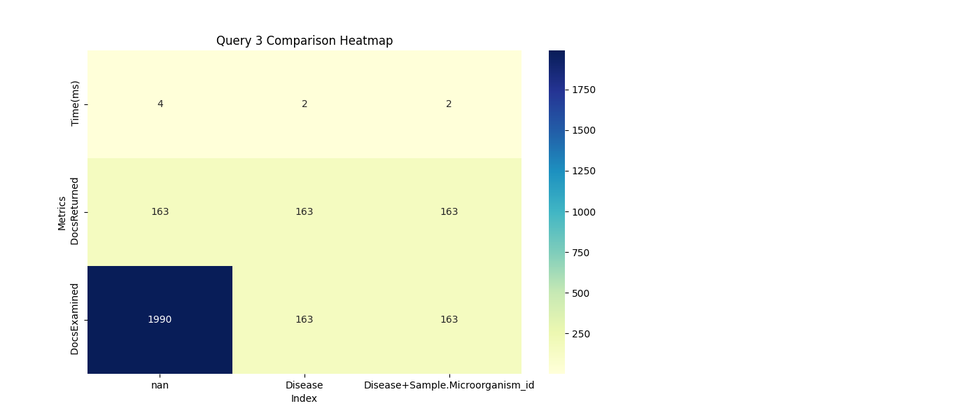
Repository: MarioPasc/Base-de-Datos-Microbiomas
Script's output: python src/mongodb_performance_analysis.py
The author's editor kept a copy of each file at every save. The script's output is drawn from the files as they stood at one save, then again after the next save.
The pictures show rows 0 to 1760 of an output 600 px tall, at 70% of full size.
Each picture stacks the figures in order, with grey between them; figures that are only written to a file come last. Figures wider than 1,400 px are first shrunk to that width. Random numbers start from a fixed seed.

Above is the script's output before, as saved 2024-06-08 11:46:46.

### src/mongodb_performance_analysis.py
import pandas as pd
import matplotlib.pyplot as plt
import seaborn as sns
import os
import numpy as np


def visualize_query_performance(input_file, output_dir):
    # Load the encoded CSV file
    df = pd.read_csv(input_file)

    # Convert the dataframe from wide to long format for easier plotting
    df_long = pd.melt(df, id_vars=['Query'], var_name='Index_Combination', value_name='Execution_Time')

    # Create output directory if it doesn't exist
    if not os.path.exists(output_dir):
        os.makedirs(output_dir)

    # Set the style of the visualization
    sns.set(style="whitegrid")

    # Create a bar plot for each query showing the execution time for each index combination
    plt.figure(figsize=(15, 10))
    sns.barplot(x='Execution_Time', y='Index_Combination', hue='Query', data=df_long, palette='viridis')
    plt.title('Execution Time of Queries for Different Index Combinations')
    plt.xlabel('Execution Time (seconds)')
    plt.ylabel('Index Combination')
    plt.legend(title='Query', bbox_to_anchor=(1.05, 1), loc='upper left')
    plt.savefig(os.path.join(output_dir, 'barplot_execution_times.png'), bbox_inches='tight')
    plt.show()

    # Create a box plot for each query showing the distribution of execution times
    plt.figure(figsize=(15, 10))
    sns.boxplot(x='Execution_Time', y='Query', data=df_long, palette='viridis')
    plt.title('Distribution of Execution Times for Queries')
    plt.xlabel('Execution Time (seconds)')
    plt.ylabel('Query')
    plt.savefig(os.path.join(output_dir, 'boxplot_execution_times.png'), bbox_inches='tight')
    plt.show()

    # Create a heatmap to show the execution times for each query and index combination
    pivot_df = df_long.pivot(index='Query', columns='Index_Combination', values='Execution_Time')
    plt.figure(figsize=(15, 10))
    sns.heatmap(pivot_df, cmap='viridis', linewidths=.5, cbar_kws={'label': 'Execution Time (seconds)'})
    plt.title('Heatmap of Execution Times for Queries and Index Combinations')
    plt.xlabel('Index Combination')
    plt.ylabel('Query')
    plt.savefig(os.path.join(output_dir, 'heatmap_execution_times.png'), bbox_inches='tight')
    plt.show()


def encode_and_save_csv(input_file, output_file):
    # Load the CSV file
    df = pd.read_csv(input_file)

    # Map original query names to codes
    query_codes = {
        "Patient with the most diverse microbiome": "Q1",
        "Given a microorganism, identify the samples in which it is present and its concentration": "Q2",
        "Patients who suffer from a certain disease and samples": "Q3",
        "Number of samples per type of sample": "Q4",
        "Number of times a microorganism appears in the same sample type": "Q5",
        "Patients who suffer from and have been diagnosed with a disease and have that disease microorganism": "Q6",
        "Find species of microorganism with different sequence registered": "Q7"
    }

    # Map index combinations to codes
    index_codes = {
        "No Indices": "N0",
        "(('samples.sample_id', 1),)": "I1",
        "(('samples.microorganisms.microorganism_id', 1),)": "I2",
        "(('disease', 1),)": "I3",
        "(('samples.sample_type', 1),)": "I4",
        "(('microorganism_id', 1),)": "I5",
        "(('samples.sample_id', 1), ('samples.microorganisms.microorganism_id', 1))": "I1+I2",
        "(('samples.sample_id', 1), ('disease', 1))": "I1+I3",
        "(('samples.sample_id', 1), ('samples.sample_type', 1))": "I1+I4",
        "(('samples.sample_id', 1), ('microorganism_id', 1))": "I1+I5",
        "(('samples.microorganisms.microorganism_id', 1), ('disease', 1))": "I2+I3",
        "(('samples.microorganisms.microorganism_id', 1), ('samples.sample_type', 1))": "I2+I4",
        "(('samples.microorganisms.microorganism_id', 1), ('microorganism_id', 1))": "I2+I5",
        "(('disease', 1), ('samples.sample_type', 1))": "I3+I4",
        "(('disease', 1), ('microorganism_id', 1))": "I3+I5",
        "(('samples.sample_type', 1), ('microorganism_id', 1))": "I4+I5",
        "(('samples.sample_id', 1), ('samples.microorganisms.microorganism_id', 1), ('disease', 1))": "I1+I2+I3",
        "(('samples.sample_id', 1), ('samples.microorganisms.microorganism_id', 1), ('samples.sample_type', 1))": "I1+I2+I4",
        "(('samples.sample_id', 1), ('samples.microorganisms.microorganism_id', 1), ('microorganism_id', 1))": "I1+I2+I5",
        "(('samples.microorganisms.microorganism_id', 1), ('disease', 1), ('samples.sample_type', 1))": "I2+I3+I4",
        "(('samples.microorganisms.microorganism_id', 1), ('disease', 1), ('microorganism_id', 1))": "I2+I3+I5",
        "(('disease', 1), ('samples.sample_type', 1), ('microorganism_id', 1))": "I3+I4+I5",
        "(('samples.sample_id', 1), ('samples.microorganisms.microorganism_id', 1), ('disease', 1), ('samples.sample_type', 1))": "I1+I2+I3+I4",
        "(('samples.sample_id', 1), ('samples.microorganisms.microorganism_id', 1), ('disease', 1), ('microorganism_id', 1))": "I1+I2+I3+I5",
        "(('samples.sample_id', 1), ('samples.microorganisms.microorganism_id', 1), ('samples.sample_type', 1), ('microorganism_id', 1))": "I1+I2+I4+I5",
        "(('samples.microorganisms.microorganism_id', 1), ('disease', 1), ('samples.sample_type', 1), ('microorganism_id', 1))": "I2+I3+I4+I5",
        "(('samples.sample_id', 1), ('disease', 1), ('samples.sample_type', 1))": "I1+I3+I4",
        "(('samples.sample_id', 1), ('disease', 1), ('microorganism_id', 1))": "I1+I3+I5",
        "(('samples.sample_id', 1), ('samples.sample_type', 1), ('microorganism_id', 1))": "I1+I4+I5",
        "(('samples.microorganisms.microorganism_id', 1), ('samples.sample_type', 1), ('microorganism_id', 1))": "I2+I4+I5",
        "(('samples.sample_id', 1), ('disease', 1), ('samples.sample_type', 1), ('microorganism_id', 1))": "I1+I3+I4+I5",
        "(('samples.sample_id', 1), ('disease', 1), ('samples.sample_type', 1), ('microorganism_id', 1))": "I1+I3+I4+I5",
        "(('samples.sample_id', 1), ('samples.microorganisms.microorganism_id', 1), ('disease', 1), ('samples.sample_type', 1), ('microorganism_id', 1))": "I1+I2+I3+I4+I5"
    }

    # Rename queries
    df['Unnamed: 0'] = df['Unnamed: 0'].map(query_codes)

    # Rename columns
    df = df.rename(columns=index_codes)

    # Rename the first column to 'Query'
    df = df.rename(columns={'Unnamed: 0': 'Query'})

    # Save the renamed dataframe to a new CSV file
    df.to_csv(output_file, index=False)
    print(f"Encoded CSV saved to {output_file}")

def save_min_times(input_file: str, output_file: str):
    # Load the data
    data = pd.read_csv(input_file)

    # Initialize the result list
    results = []

    # Iterate over each row in the dataframe
    for index, row in data.iterrows():
        query = row['Query']
        # Extract all time columns except 'N0'
        times = row.drop(labels=['Query', 'N0']).values
        # Find the minimum non-zero time
        min_time = min(time for time in times if time > 0)
        # Find the corresponding indices
        indices = row.drop(labels=['Query', 'N0']).index[row.drop(labels=['Query', 'N0']).values == min_time].tolist()

        # Append the result
        results.append({
            'Query': query,
            'Min_time': min_time,
            'Indexes': ','.join(indices)
        })

    # Create a DataFrame from the results
    result_df = pd.DataFrame(results)

    # Save the results to the output CSV file
    result_df.to_csv(output_file, index=False)

def generate_heatmap(csv_path):

    data = pd.read_csv(csv_path)
    # Initialize a list of indices
    indices = ['I1', 'I2', 'I3', 'I4', 'I5']

    # Extract the relevant columns
    queries = data['Query'].unique()
    binary_matrix = pd.DataFrame(0, index=indices, columns=queries)

    # Fill the binary matrix
    for idx, row in data.iterrows():
        query = row['Query']
        used_indices = row['Indexes'].split('+')
        for index in used_indices:
            if index in indices:
                binary_matrix.at[index, query] = 1

    # Add the "Total" column which is the sum of each row
    binary_matrix['Total'] = binary_matrix.sum(axis=1)

    # Plotting the heatmap
    plt.figure(figsize=(12, 8))
    sns.heatmap(binary_matrix, annot=True, cmap='YlGnBu', cbar=True)
    plt.title('Optimization Query Heatmap')
    plt.xlabel('Queries')
    plt.ylabel('Indices')
    plt.savefig("./query_optimization/mongodb/query_optimization_mongodb_heatmap.png")
    plt.show()


def comparison_heatmap(comparison_file_path):
    comparison_data = pd.read_csv(comparison_file_path)

    # Prepare the data for the heatmap
    heatmap_data = comparison_data.set_index('Index')

    # Plotting the heatmap
    plt.figure(figsize=(10, 6))
    sns.heatmap(heatmap_data.T, annot=True, fmt='g', cmap='YlGnBu', cbar=True)
    plt.title('Query 3 Comparison Heatmap')
    plt.xlabel('Index')
    plt.ylabel('Metrics')
    plt.savefig("./query_optimization\mongodb\heatmap_query3_comparison.png")
    plt.show()

def generate_clustered_heatmap(csv_path, output_path):
    # Load the CSV file
    data = pd.read_csv(csv_path)

    # Convert the 'times' column from string to list of floats
    data['times'] = data['times'].apply(lambda x: ast.literal_eval(x) if isinstance(x, str) else x)

    # Filter out rows with any zero times and remove the last 3 queries from the 'times' data
    filtered_data = data[data['times'].apply(lambda x: all(value != 0.0 for value in x))]
    filtered_data['times'] = filtered_data['times'].apply(lambda x: x[:7])

    # Separate data by engine type
    engines = filtered_data['engine'].unique()
    clustered_heatmaps = {}

    for engine in engines:
        engine_data = filtered_data[filtered_data['engine'] == engine]
        times_data = np.array(engine_data['times'].tolist())

        # Create and store the clustered heatmap for the current engine
        cluster_grid = sns.clustermap(times_data, cmap="viridis", figsize=(10, 8), yticklabels=False)
        cluster_grid.ax_heatmap.set_xticklabels(range(1, 8))
        cluster_grid.fig.suptitle(f'Clustered Heatmap of Execution Times for {engine}', y=1.02)
        clustered_heatmaps[engine] = cluster_grid

        # Save the figure
        output_file = os.path.join(output_path, f"clustered_heatmap_{engine}.png")
        cluster_grid.fig.savefig(output_file)

    # Show the plots
    for engine, grid in clustered_heatmaps.items():
        plt.figure(grid.fig.number)
        plt.show()

def main():
    input_file = './query_optimization/mongodb/query_performance.csv'
    output_file = './query_optimization/mongodb/encoded_performance_mongodb.csv'
    #encode_and_save_csv(input_file, output_file)
    #visualize_query_performance(output_file, "./query_optimization/")
    #save_min_times(input_file=output_file, output_file="./query_optimization/mongodb/best_times_mongodb.csv")
    #generate_heatmap("./query_optimization/mongodb/best_times_mongodb.csv")
    comparison_heatmap(".\query_optimization\mongodb\query3_comparison.csv")

if __name__ == "__main__":
    main()

### query_optimization/mongodb/query3_comparison.csv
Index, Time(ms), DocsReturned, DocsExamined
None, 4, 163, 1990
Disease, 2, 163, 163
Disease+Sample.Microorganism_id, 2, 163, 163

### query_optimization/mongodb/query_performance.csv
,No Indices,"(('samples.sample_id', 1),)","(('samples.microorganisms.microorganism_id', 1),)","(('disease', 1),)","(('samples.sample_type', 1),)","(('microorganism_id', 1),)","(('samples.sample_id', 1), ('samples.microorganisms.microorganism_id', 1))","(('samples.sample_id', 1), ('disease', 1))","(('samples.sample_id', 1), ('samples.sample_type', 1))","(('samples.sample_id', 1), ('microorganism_id', 1))","(('samples.microorganisms.microorganism_id', 1), ('disease', 1))","(('samples.microorganisms.microorganism_id', 1), ('samples.sample_type', 1))","(('samples.microorganisms.microorganism_id', 1), ('microorganism_id', 1))","(('disease', 1), ('samples.sample_type', 1))","(('disease', 1), ('microorganism_id', 1))","(('samples.sample_type', 1), ('microorganism_id', 1))","(('samples.sample_id', 1), ('samples.microorganisms.microorganism_id', 1), ('disease', 1))","(('samples.sample_id', 1), ('samples.microorganisms.microorganism_id', 1), ('samples.sample_type', 1))","(('samples.sample_id', 1), ('samples.microorganisms.microorganism_id', 1), ('microorganism_id', 1))","(('samples.sample_id', 1), ('disease', 1), ('samples.sample_type', 1))","(('samples.sample_id', 1), ('disease', 1), ('microorganism_id', 1))","(('samples.sample_id', 1), ('samples.sample_type', 1), ('microorganism_id', 1))","(('samples.microorganisms.microorganism_id', 1), ('disease', 1), ('samples.sample_type', 1))","(('samples.microorganisms.microorganism_id', 1), ('disease', 1), ('microorganism_id', 1))","(('samples.microorganisms.microorganism_id', 1), ('samples.sample_type', 1), ('microorganism_id', 1))","(('disease', 1), ('samples.sample_type', 1), ('microorganism_id', 1))","(('samples.sample_id', 1), ('samples.microorganisms.microorganism_id', 1), ('disease', 1), ('samples.sample_type', 1))","(('samples.sample_id', 1), ('samples.microorganisms.microorganism_id', 1), ('disease', 1), ('microorganism_id', 1))","(('samples.sample_id', 1), ('samples.microorganisms.microorganism_id', 1), ('samples.sample_type', 1), ('microorganism_id', 1))","(('samples.sample_id', 1), ('disease', 1), ('samples.sample_type', 1), ('microorganism_id', 1))","(('samples.microorganisms.microorganism_id', 1), ('disease', 1), ('samples.sample_type', 1), ('microorganism_id', 1))","(('samples.sample_id', 1), ('samples.microorganisms.microorganism_id', 1), ('disease', 1), ('samples.sample_type', 1), ('microorganism_id', 1))"
Patient with the most diverse microbiome,0.0699980894724528,0.0634710947672526,0.06557139555613199,0.07299872239430745,0.06511905988057455,0.07384952704111734,0.062091493606567384,0.06430975596110027,0.06339987119038899,0.06082582473754883,0.059453026453653975,0.06034000714619955,0.06045674482981364,0.05870947043100993,0.05873602231343587,0.059466036160786946,0.062038969993591306,0.06127623716990153,0.060141706466674806,0.06223624547322591,0.06157677173614502,0.06599423090616861,0.06359806855519613,0.062446308135986325,0.06173264185587565,0.06177826722462972,0.06016276677449544,0.0636307954788208,0.06311511993408203,0.06862264474232992,0.06349926789601644,0.0699610710144043
"Given a microorganism, identify the samples in which it is present and its concentration",0.10336055755615234,0.10634592374165854,0.10092682043711344,0.10298193295796712,0.09894738992055258,0.10031773249308268,0.10008486906687418,0.1068496306737264,0.10321159362792968,0.10624713102976481,0.10595313707987468,0.10560699303944905,0.10100601514180502,0.11076237360636393,0.10603166421254476,0.105704927444458,0.10618650913238525,0.10882436434427897,0.10510452588399251,0.1038838783899943,0.10649058024088541,0.10792871316274007,0.1076642672220866,0.10773532390594483,0.10290118853251139,0.11132521629333496,0.10885815620422364,0.10996974309285482,0.10592217445373535,0.10706070264180502,0.10258427460988363,0.10325238704681397
Patients who suffer from a certain disease and samples,0.0800731341044108,0.084019136428833,0.08821187814076742,0.08678386211395264,0.08884023825327556,0.08738687833150229,0.08686748345692953,0.08545959790547689,0.08521196047465006,0.08450880845387777,0.08546129067738852,0.08076146443684896,0.08261401653289795,0.08231682777404785,0.08093144098917643,0.08440655072530111,0.08294213612874349,0.08448905150095622,0.08358573118845622,0.08402318954467773,0.08128032684326172,0.08436869780222575,0.08433143297831218,0.08275354703267415,0.08388299942016601,0.08460396925608317,0.08365328311920166,0.0847208579381307,0.08479789892832439,0.08653164704640706,0.08691182136535644,0.09266866048177083
Number of samples per type of sample,0.03946533997853597,0.04003383318583171,0.04082993666330973,0.04213132858276367,0.040126800537109375,0.04019231796264648,0.039434655507405596,0.03876003424326579,0.03941752910614014,0.041922744115193686,0.04062092304229736,0.04585433801015218,0.04335882663726807,0.04312655925750732,0.042295098304748535,0.041452924410502114,0.04172239303588867,0.04570193290710449,0.04374093214670817,0.042734654744466145,0.04342195192972819,0.04573342005411784,0.043181260426839195,0.04350612163543701,0.04347273508707682,0.04786849816640218,0.04383989175160726,0.041834259033203126,0.04293984572092692,0.042209108670552574,0.04122461477915446,0.04022547403971354
Number of times a microorganism appears in the same sample type,0.0644503672917684,0.06722718874613444,0.06583189169565837,0.06388861338297526,0.06330115795135498,0.06099681854248047,0.062032890319824216,0.06046756903330485,0.06298891703287761,0.060118214289347334,0.05976363817850749,0.06133472919464111,0.06163896719614665,0.06498525142669678,0.06446396509806315,0.06335064570109049,0.06377549171447754,0.06480755011240641,0.06228320598602295,0.062438472112019854,0.06422490278879801,0.061974064509073896,0.060838572184244794,0.061983124415079756,0.061095420519510904,0.06184825897216797,0.06149610678354899,0.06128711700439453,0.060872586568196614,0.0621068000793457,0.06263469854990641,0.061258888244628905
Patients who suffer from and have been diagnosed with a disease and have that disease microorganism,0.08631108601888021,0.08635663986206055,0.08808054129282633,0.08429263432820638,0.08788485527038574,0.0873152494430542,0.08983996709187826,0.08662281036376954,0.08879387378692627,0.08697756131490071,0.08766686121622722,0.08783419926961263,0.08627732594807942,0.08480996290842692,0.08659930229187011,0.08630494276682536,0.08554399013519287,0.08917452494303385,0.0876690944035848,0.08605815569559733,0.08808592160542807,0.08778099219004314,0.08513405323028564,0.0862552801767985,0.08768563270568848,0.08688743114471435,0.08838634490966797,0.08593788941701254,0.08790453275044759,0.08614245255788168,0.08888681729634602,0.08879811763763427
Find species of microorganism with different sequence registered,0.03701327641805013,0.03440376917521159,0.035004409154256184,0.03643658955891927,0.03607681592305501,0.03502612908681234,0.03459386825561524,0.035269761085510255,0.03674619992574056,0.034637037913004556,0.03708666960398356,0.038719669977823896,0.041451462109883624,0.0409558375676473,0.04225919246673584,0.04250415166219076,0.04557193120320638,0.0396453857421875,0.039313864707946775,0.03999379475911458,0.04274944464365641,0.039777882893880206,0.03898128668467204,0.036520957946777344,0.039372881253560386,0.03633159796396891,0.035040911038716635,0.035263689359029134,0.036913975079854326,0.0365523099899292,0.03517030080159505,0.03514757951100667

After the next save:
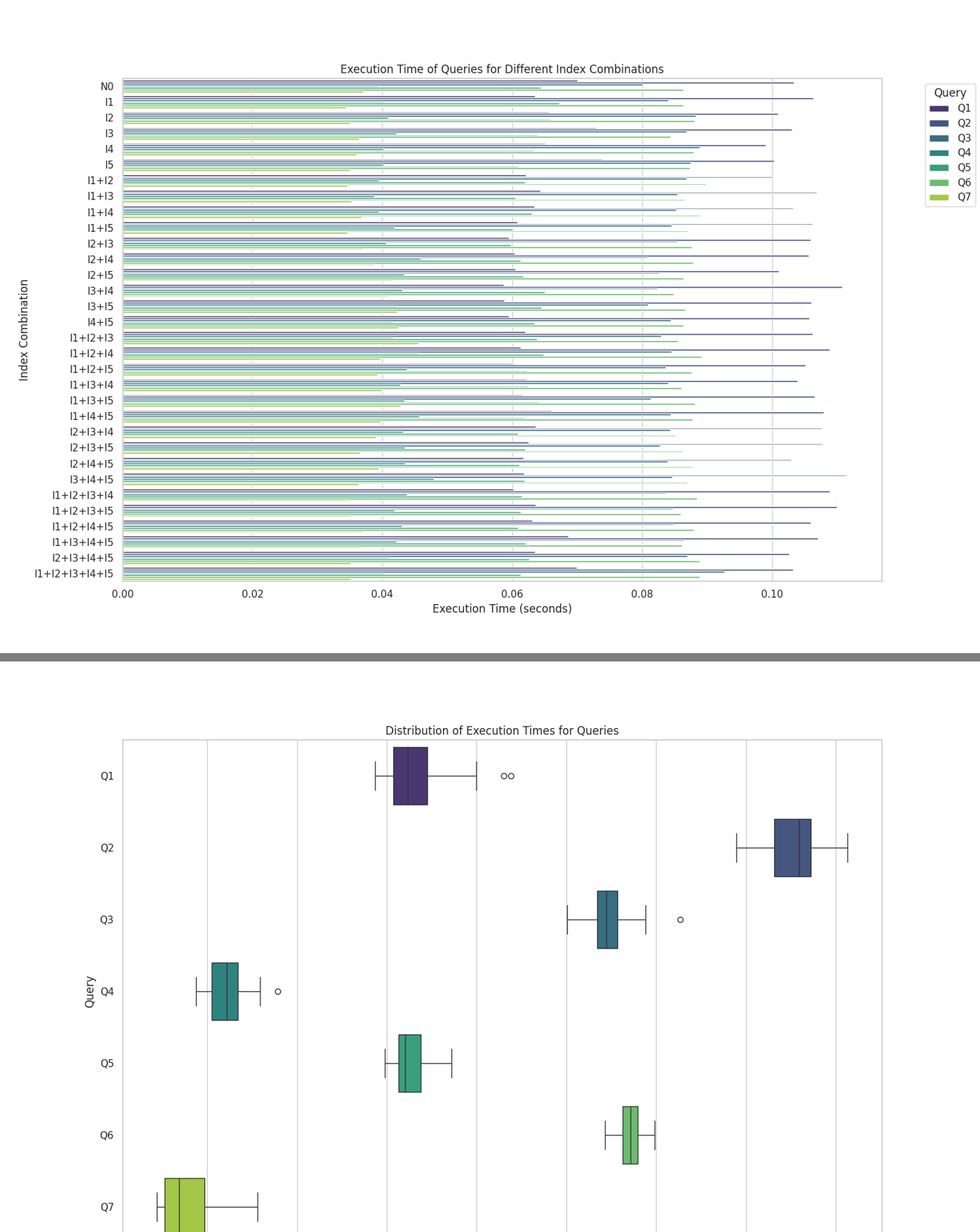
Saved 35 min 49 s later.
--- a/src/mongodb_performance_analysis.py
+++ b/src/mongodb_performance_analysis.py
@@ -227,10 +227,10 @@ def generate_clustered_heatmap(csv_path, output_path):
 def main():
     input_file = './query_optimization/mongodb/query_performance.csv'
     output_file = './query_optimization/mongodb/encoded_performance_mongodb.csv'
-    #encode_and_save_csv(input_file, output_file)
-    #visualize_query_performance(output_file, "./query_optimization/")
-    #save_min_times(input_file=output_file, output_file="./query_optimization/mongodb/best_times_mongodb.csv")
-    #generate_heatmap("./query_optimization/mongodb/best_times_mongodb.csv")
+    encode_and_save_csv(input_file, output_file)
+    visualize_query_performance(output_file, "./query_optimization/")
+    save_min_times(input_file=output_file, output_file="./query_optimization/mongodb/best_times_mongodb.csv")
+    generate_heatmap("./query_optimization/mongodb/best_times_mongodb.csv")
     comparison_heatmap(".\query_optimization\mongodb\query3_comparison.csv")
 
 if __name__ == "__main__":
